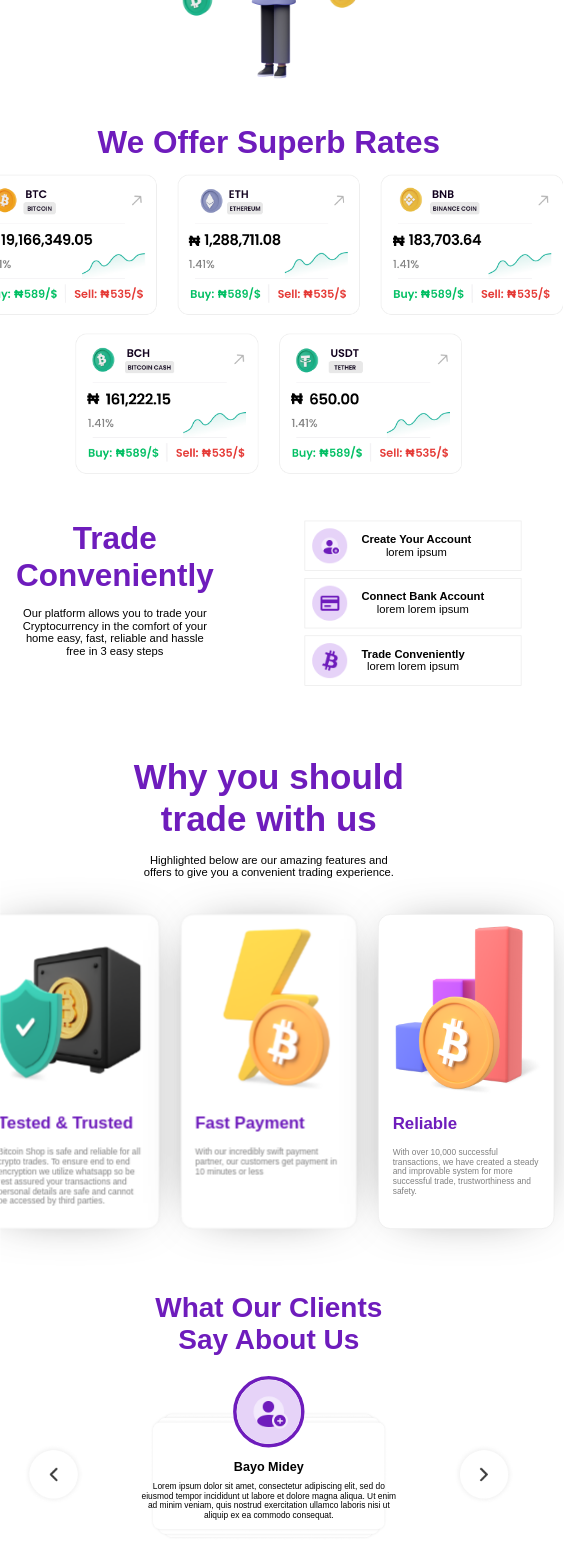
Repository: akinmiday/bitcoinshop-website
Page: /
The author's editor kept a copy of each file at every save. The page is drawn from the files as they stood at one save, then again after the next save.
The browser window is 768 px wide. The page is 805 px wide, then 792 px, so the pictures cover 805 px, including what lies to the right of the window. The pictures show the part of the page from y = 584 to 2824 px (the page is 3326 px tall before and 3800 px after), at 70% of full size.
The project was rebuilt for these pictures with package versions that can differ from the ones it lists, and the page was loaded fresh each time. Also part of the build but not shown: vite.config.js.

Above is the page before, as saved 2023-07-12 06:20:00.

### src/App.jsx
import React from 'react'
import { Route, createBrowserRouter, RouterProvider, createRoutesFromElements } from "react-router-dom"
import './App.css'
import Layout from './components/layout'
import TitlePage from './pages/title'
import Rates from './pages/rates'



const router = createBrowserRouter(createRoutesFromElements(
  <Route path='/' element={<Layout />} >
    <Route index element={<TitlePage />} />
    <Route element={<Rates />} />

  </Route>
))

function App() {

  return (
    <RouterProvider router={router} />
  )
}

export default App

### src/index.css
*{
    margin: 0;
    padding: 0;
    box-sizing: border-box;
    /* font-family: 'Segoe UI', Tahoma, Geneva, Verdana, sans-serif ; */
    font-family: 'Poppins', sans-serif;
}

.header{
    display: flex;
    color:#6E1CBC;
    display: flex;
    align-items: center;
    border-bottom: #EAEAEA solid 1px;
    height: 60px;
    flex-shrink: 0;
    justify-content: space-between;
    padding: 20px;
}

.left-side-header{
  display: flex;
    align-items: center;
    font-weight: 500;
}

.left-side-header > img{
  padding: 5px;
    height: 50px;
}


.right-side-header{
    display: flex;
    align-items: center;
    font-weight: 500;
}

.right-side-header > img{
    padding: 10px;
    height: 44px;

}

.shop-logo{
    color:#FFCC00 ;
}


.middle-section-header {
    display: flex;
    justify-content: center;
    align-items: center;
    gap: 20px;
}

.right-side-header >button {
    background-color: #6E1CBC;
    color: #ffffff;
    padding: 5px 10px;
    border-radius: 8px;
    border: none;
}

.menu-icon-header{
display: none;
}

.footer{
    background-color: #6E1CBC;
    color: #ffffff;
    display: flex;
    justify-content: center;
    align-items: center;
    margin-top: auto;
    flex-shrink: 0;
    height: 45px;
}

.title-section{
    display: flex;
    padding: 30px;
    height: 400px;
    justify-content: space-around;
    gap: 50px;

}

.grouped-img-icons >img {
  height: 300px;
}



.left-side-title{
    width: 450px;
    padding: 20px;
}

.left-side-title > h1{
    color: #6E1CBC;
    font-size: 62px;
    font-style: normal;
    font-weight: 700;
    line-height: 78px;


}

.left-side-title > p{
    font-size: 18px;
    padding: 20px 0;
}

.left-side-title >button{
    color: #ffffff;
    background-color: #6E1CBC;
    padding: 5px 10px;
    border-radius: 7px;
    text-align: center;
    border: none;
}

.rates-section{
    color: #6E1CBC;
    text-align: center;
    font-size: 26px;
}

.rates-section h1 {
    padding: 20px;
}

.rates-section img{
    height: 200px;
}


.top-row-rates-section {
    display: flex;
    justify-content: center;
    margin-bottom: 20px;
    gap: 30px;
  }

.bottom-row-rates-section {
    display: flex;
    justify-content: center;
    gap: 30px;
  }

.trade-section{
    margin-top: 30px;
    display: flex;
    justify-content: center;
    align-items: flex-start;
    gap: 110px;
    flex-shrink: 0;
    padding: 20px;
  }

.left-trade-section{
    width: 400px;

  }

.left-trade-section h1 {
    color: #6E1CBC;
    font-size: 45px;
    padding: 10px;
  }

.left-trade-section p{
    padding: 10px;
  }

.trade-link-section >div{
    display: flex;
    align-items: center;
    width: 310px;
    padding: 10px;
    margin: 10px;
    border: #EAEAEA 1px solid;
  }

.trade-link-section > div >img{
    height: 50px;
    margin-right: 20px;
  }
  .trade-with-us{
    text-align: center;

    margin-top: 50px;
  }

.trade-with-us-heading > h1{
    color: #6E1CBC;
    font-size: 50px;
    line-height: 60px;
    padding: 20px;
  }

.trade-with-us-icon-section{
    display: flex;
    margin-top: 20px;
    padding-top: 30px;
    gap: 30px;
    justify-content: center;
    align-items: center;
    padding-bottom: 20px;
  }

.trade-with-us-icon-section >div{
    border-radius: 18px;
    border: 1px solid #EAEAEA;
    background: #FFF;
    backdrop-filter: blur(100px);
    width: 260px;
    height: 450px;
    text-align: left;
    box-shadow: -2px 0px 74px -36px rgba(0,0,0,0.71);
    -webkit-box-shadow: -2px 0px 74px -36px rgba(0,0,0,0.71);
    -moz-box-shadow: -2px 0px 74px -36px rgba(0,0,0,0.71);
  }

.trade-with-us-icon-section div >h2{
    color: #6E1CBC;
    padding: 20px;
  }

.trade-with-us-icon-section div >p{
    padding: 0 20px;
    font-size: 12px;
    color: #808080;
  }

.trade-with-us-icon-section img {
    width: 250px;
    height: 250px;
    margin-top: 10px;
  }

.carousel-area{
    display: flex;
    align-items: center;
    justify-content: center;
    gap: 20px;
    margin-top: 60px;
  }

.review-section{
    text-align: center;
    margin-top: 50px;

  }

.review-section h1{
    font-size: 40px;
    padding: 20px;
    color: #6E1CBC;
  }

.review-card{
    width: 70%;
    position: relative;
    align-items: center;


  }

.review-card-area {
    position: relative;
    display: flex;
    align-items: center;
    justify-content: center;

  }

.review-card-area h2{
    position: absolute;
    color: black;
    font-size: 18px;
    top: 70px;


  }

.review-card-area > p {
    position: absolute;
    font-size: 12px;
    width: 370px;
    color: black;
    top: 100px;
  }

.review-image{
    border-radius: 102px;
    border: 5px solid #6E1CBC;
    background: url(<path-to-image>), lightgray 50% / cover no-repeat, #C4C4C4;
    width: 102px;
    height: 102px;
    flex-shrink: 0;
    position: absolute;
    top: -50px;

  }

.trade-count-area{
    padding: 20px;
    margin-top: 30px;
    margin-bottom: 50px;
  }

.trade-count-area h1{
    font-size: 60px;
    color: #6E1CBC;
  }

.trade-count-area p{
    font-size: 35px;
    margin-top: -20px;
  }


.contact-section-area{
  display: flex;
  justify-content: space-around;
  border-top: #C4C4C4 1px solid;
  padding: 25px 15px;
}

.contact-section-area >div{
  margin-top: 20px;

}
.social-contact-area{
  display: flex;

}

.social-contact-area >img{
  width:100px;
  height: 100px;
  padding: 5px;
}

.social-contact-area >div >h1{
  color: #6E1CBC;
  padding: 3px 10px;
}

.social-icon-container{
  display: flex;
  padding-left: 10px;
  gap: 7px;
}

.contacts-area h3{
  color: #6E1CBC;
  font-size: smaller;
}

.contacts-area h4{
  font-size: smaller;
}

.contacts-area div{
  padding: 3px;
  padding-top: 10px;
}

a{
  text-decoration: none;
  color: black;
}


/* media queries */

@media (max-width: 800px) {


  /* header section */

.header{
  border: none;
}

.left-side-header >h3{
  font-size: 20px;
}

.middle-section-header{
  display: none;
}
.right-side-header{
  display: none;
}

.menu-icon-header{
 display: block;
}


/* title section */


.title-section{
  display: grid;
  padding: 10px;
}

.left-side-title > h1{
  font-size: 40px;
  padding-left: 35px;
  line-height: 65px;
  font-weight: 700;
}

.left-side-title >p{
  font-size: 14px;
  width: 350px;
  padding-left: 35px;
  font-weight: 400;
}

.left-side-title > button{
  margin-left: 35px;
}

.grouped-img-icons {
  display: flex;
  padding: 30px;
  justify-content: center;
  padding-top: 2px;
}

.rates-section{
  margin-top: 250px;
}
.rates-section > h1{
  font-size: 45px;
}


}

### src/components/layout.jsx
import React from "react";
import { Outlet } from "react-router-dom";
import Header from "./header";
import Footer from "./footer";
import Rates from "../pages/rates";


export default function Layout() {
    return (<>
        <Header />
        <main>
            <Outlet />
        </main>
        <Footer />
    </>)
}

### src/pages/title.jsx
import React from "react";
import groupIcons from "../assets/Group-icons-title.png"
import Rates from "./rates";
import TradeSection from "./tradeSection";
import TradeWithUs from "./tradewithus";
import Reviews from "./reviews";
import ContactSection from "./contactSection";

export default function TitlePage() {
    return (<>
        <div className="title-section" >
            <div className="left-side-title" >
                <h1>Trade your Cryptocurrency</h1>
                <p>Best and reliable platform to trade over 100 cryptocurrencies for your local Fiat</p>
                <button>Get Started</button>
            </div>
            <div className="grouped-img-icons" >
                <img src={groupIcons} />
            </div>

        </div>
        <Rates />
        <TradeSection />
        <TradeWithUs />
        <Reviews />
        <ContactSection />
    </>
    )
}

### src/pages/rates.jsx
import React from "react";
import btcTrend from "../assets/bitcoin-trend-Item.png"
import ethTrend from "../assets/ETH-Trend-Item.png"
import bnbTrend from "../assets/BNB-Trend-Item.png"
import bchTrend from "../assets/BCH-Trend-Item.png"
import usdtTrend from "../assets/USDT-Trend-Item.png"

export default function Rates() {
    return (
        <div className="rates-section">
            <h1>We Offer Superb Rates</h1>
            <div className="top-row-rates-section">
                <div><img src={btcTrend} /></div>
                <div><img src={ethTrend} /></div>
                <div><img src={bnbTrend} /></div>
            </div>
            <div className="bottom-row-rates-section">
                <div><img src={bchTrend} /></div>
                <div><img src={usdtTrend} /></div>
            </div>
        </div>
    );
}

### src/components/header.jsx
import React from "react";
import logoImg from "../assets/bitcoinshop-logo.png"
import lightIcon from "../assets/Light-icon.png"
import menuIcon from "../assets/Menu.png"


export default function Header() {
    return (<div className="header" >
        <div className="left-side-header" ><img src={logoImg} />
            <h3>Bitcoin<span className="shop-logo" >Shop</span></h3>
        </div>
        <div className="middle-section-header" >
            <h4>Home</h4>
            <h4>Contact us</h4>
            <h4>About us</h4>
            <h4>FAQs</h4>
            <h4>Terms of Service</h4>
        </div>
        <div className="right-side-header" >
            <img src={lightIcon} />
            <button>Trade now</button>
        </div>
        <div className="menu-icon-header" >
            <img src={menuIcon} />
        </div>


    </div>)
}

### src/components/footer.jsx
import React from "react";

export default function Footer() {
    return (<>
        <div className="footer" >&#169; 2021 BitcoinShop. All rights reserved</div>
    </>)
}

### src/pages/tradeSection.jsx
import React from "react";
import profileIcon from "../assets/profile-icon.png"
import debitCardIcon from "../assets/debit-card-icon.png"
import bitcoinIcon from "../assets/bitcoin-icon.png"

export default function TradeSection() {
    return (
        <div className="trade-section">
            <div className="left-trade-section" >
                <h1>Trade Conveniently</h1>
                <p>Our platform allows you to trade your Cryptocurrency in the comfort of your home
                    easy, fast, reliable and hassle free in 3 easy steps
                </p>
            </div>
            <div className="trade-link-section" >
                <div>
                    <img src={profileIcon} />
                    <div>
                        <h4>Create Your Account</h4>
                        <p>
                            lorem ipsum
                        </p>
                    </div>
                </div>

                <div>
                    <img src={debitCardIcon} />
                    <div>
                        <h4>Connect Bank Account</h4>
                        <p>
                            lorem lorem ipsum
                        </p>
                    </div>
                </div>

                <div>
                    <img src={bitcoinIcon} />
                    <div>
                        <h4>Trade Conveniently</h4>
                        <p>
                            lorem lorem ipsum
                        </p>
                    </div>
                </div>
            </div>
        </div>
    )
}

### src/pages/tradewithus.jsx
import React from "react";
import securedIcon from "../assets/secured.png"
import fastPaymentIcon from "../assets/fast-payment.png"
import reliableIcon from "../assets/reliable.png"

export default function TradeWithUs() {
    return (
        <div className="trade-with-us" >
            <div className="trade-with-us-heading" >
                <h1>Why you should <br /> trade with us</h1>
                <p>Highlighted below are our amazing features and <br /> offers
                    to give you a convenient trading experience.
                </p>
            </div>
            <div className="trade-with-us-icon-section" >
                <div>
                    <img src={securedIcon} />
                    <h2>Tested & Trusted</h2>
                    <p>Bitcoin Shop is safe and reliable for all crypto trades. To ensure end to end encryption we utilize whatsapp
                        so be rest assured your transactions and personal details are safe and cannot be accessed by third parties.
                    </p>
                </div>
                <div>
                    <img src={fastPaymentIcon} />
                    <h2>Fast Payment</h2>
                    <p>With our incredibly swift payment partner, our customers get payment in 10 minutes or less</p>
                </div>
                <div>
                    <img src={reliableIcon} />
                    <h2>Reliable</h2>
                    <p>With over 10,000 successful transactions, we have created a steady and improvable system for more successful trade,
                        trustworthiness and safety.
                    </p>
                </div>
            </div>
        </div>
    )
}

### src/pages/reviews.jsx
import React from "react";
import reviewCard from "../assets/review-card.png"
import toRightIcon from "../assets/to-right-carousel.png"
import toLeftIcon from "../assets/to-left-carousel.png"
import profileIcon from "../assets/profile-icon.png"

export default function Reviews() {
    return (
        <div className="review-section" >
            <h1>What Our Clients<br />Say About Us</h1>

            <div className="carousel-area" >
                <div>
                    <img src={toLeftIcon} />
                </div>
                <div className="review-card-area" >
                    <img className="review-card" src={reviewCard} />
                    <img className="review-image" src={profileIcon} />
                    <h2>Bayo Midey</h2>
                    <p>Lorem ipsum dolor sit amet, consectetur adipiscing elit, sed do eiusmod tempor incididunt ut labore et dolore magna aliqua. Ut enim ad minim veniam, quis nostrud exercitation ullamco laboris nisi ut aliquip ex ea commodo consequat.</p>
                </div>
                <div>
                    <img src={toRightIcon} />
                </div>
            </div>
            <div className="trade-count-area" >
                <h1 >13,000+</h1>
                <p>Successful trades</p>
            </div>

        </div>
    )
}

### src/pages/contactSection.jsx
import React from "react";
import instagramIcon from "../assets/instagram-ic.png"
import facebookIcon from "../assets/facebook-ic.png"
import twitterIcon from "../assets/twitter-ic.png"
import youtubeIcon from "../assets/youtube-ic.png"
import logoImg from "../assets/logo-large.png"

export default function ContactSection() {
    return (
        <div className="contact-section-area">
            <div className="social-contact-area" >
                <img src={logoImg} />
                <div>
                    <h1>Bitcoin<span className="shop-logo" >Shop</span></h1>
                    <div className="social-icon-container" >
                        <img src={instagramIcon} />
                        <img src={facebookIcon} />
                        <img src={twitterIcon} />
                        <img src={youtubeIcon} />
                    </div>
                </div>
            </div>
            <div className="contacts-area" >
                <div >
                    <h3>Contact</h3>
                    <h4 ><a href="+2348124577931">+2348124577931</a></h4>
                </div>

                <div>
                    <h3>Email Address</h3>
                    <h4  ><a href="mailto: info@bitcoinshop.tech ">info@bitcoinshop.tech</a></h4>
                </div>

                <div>
                    <h3>Address</h3>
                    <h4>Area 5 Preboyes Complex Bodija,<br /> Ibadan Oyo.</h4>
                </div>
            </div>

            <div className="contacts-area">
                <div><h3>Home</h3></div>
                <div><h4>Conatct Us</h4></div>
                <div><h4>About Us</h4></div>
                <div><h4>FAQs</h4></div>
                <div><h4>Terms of Service</h4></div>
            </div>

        </div>

    )
}

Loaded but not shown: src/main.jsx (common file); src/App.css (common file)

After the next save:
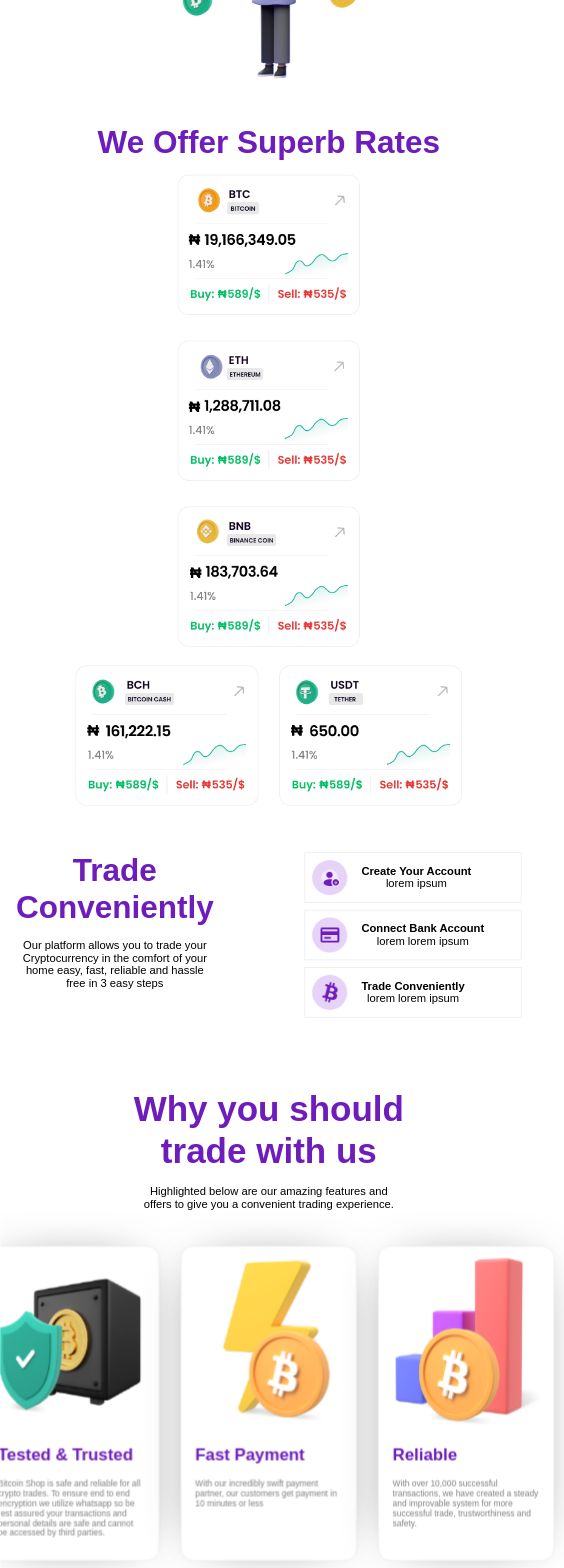
Saved 39 s later.
--- a/src/index.css
+++ b/src/index.css
@@ -442,5 +442,9 @@
   font-size: 45px;
 }
 
-
-}
+.top-row-rates-section{
+display: grid;
+}
+
+
+}
